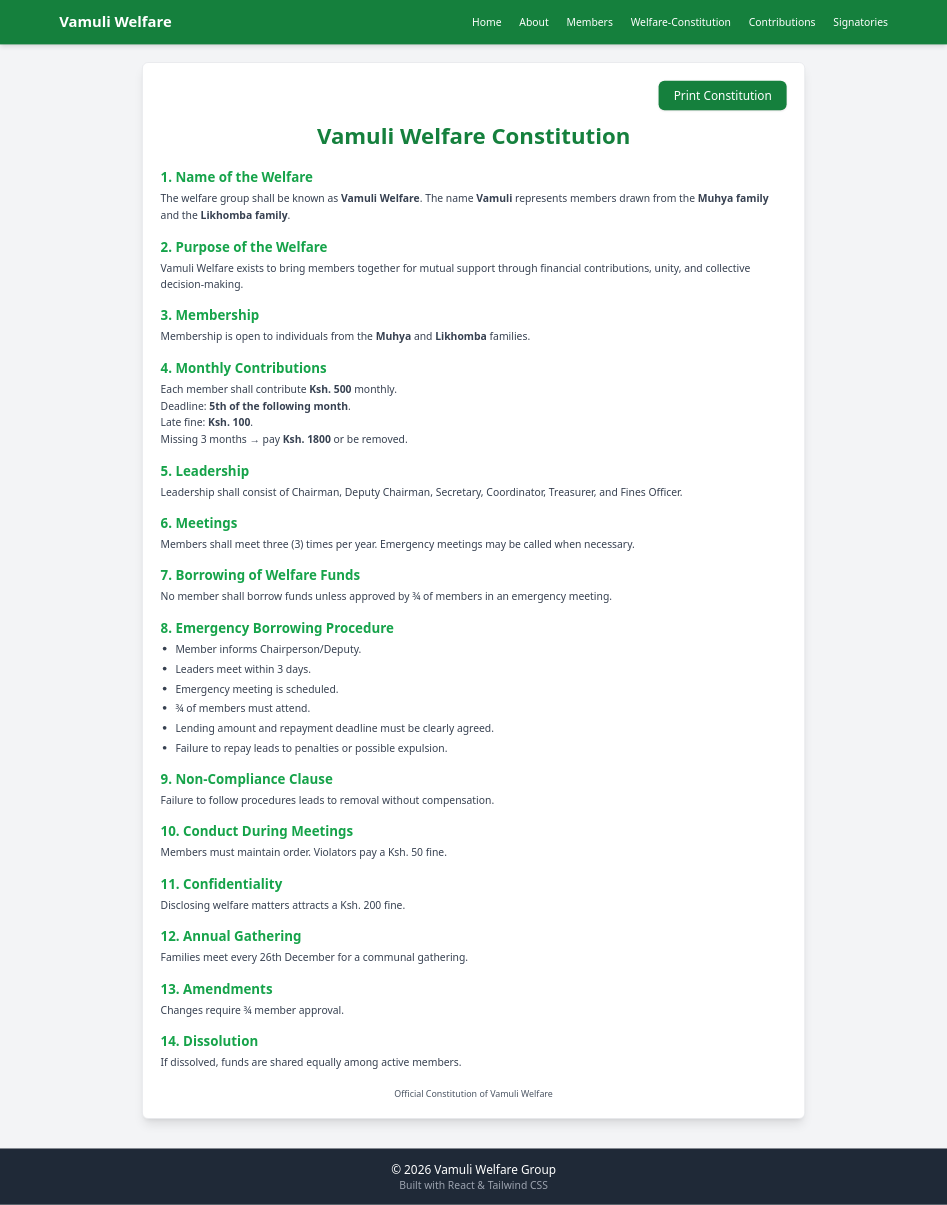
Repository: Engineer-collo/Vamuli-welfare
Page: /constitution
The author's editor kept a copy of each file at every save. The page is drawn from the files as they stood at one save, then again after a run of saves.
The browser window is 1280 px wide. The pictures show the whole page, at 74% of full size.
The project was rebuilt for these pictures with package versions that can differ from the ones it lists, and the page was loaded fresh each time. Also part of the build but not shown: vite.config.js, src/pages/contributionsData.js, src/pages/Home.jsx, src/pages/Members.jsx, src/pages/ContributionsTable.jsx, src/pages/About.jsx, src/pages/Signatories.jsx.

Above is the page before, as saved 2026-04-02 15:32:18.

### index.html
<!doctype html>
<html lang="en">
  <head>
    <meta charset="UTF-8" />
    <link rel="icon" type="image/svg+xml" href="/favicon.svg" />
    <meta name="viewport" content="width=device-width, initial-scale=1.0" />
    <title>vamuli-welfare</title>
  </head>
  <body>
    <div id="root"></div>
    <script type="module" src="/src/main.jsx"></script>
  </body>
</html>

### src/App.jsx
import { BrowserRouter as Router, Routes, Route } from "react-router-dom";

import Navbar from "./components/Navbar";
import Footer from "./components/Footer";

import Home from "./pages/Home";
import Members from "./pages/Members";
import ContributionsTable from "./pages/ContributionsTable";
import WelfareConstituion from "./pages/WelfareConstituion";
import About from "./pages/About";
import Signatories from "./pages/Signatories";

function App() {
  return (
    <Router>
      <div className="bg-gray-100 min-h-screen">

        <Navbar />

        <Routes>
          <Route path="/" element={<Home />} />
          <Route path="/members" element={<Members />} />
          <Route path="/contributions" element={<ContributionsTable />} />
          <Route path="/about" element={<About />} />
          <Route path="/constitution" element={<WelfareConstituion/>} />
          <Route path="/signatories" element={<Signatories/>} />


        </Routes>

        <Footer />

      </div>
    </Router>
  );
}

export default App;

### src/components/Navbar.jsx
import { Link } from "react-router-dom";
import { useState } from "react";

function Navbar() {
  const [menuOpen, setMenuOpen] = useState(false);

  return (
    <nav className="bg-green-700 text-white shadow-md">
      <div className="max-w-6xl mx-auto flex justify-between items-center p-4">

        {/* Logo */}
        <h1 className="text-xl font-bold">
          <Link to="/">Vamuli Welfare</Link>
        </h1>

        {/* Desktop Menu */}
        <ul className="hidden md:flex gap-6 text-sm">
          <li>
            <Link to="/" className="hover:text-gray-200">Home</Link>
          </li>

          <li>
            <Link to="/about" className="hover:text-gray-200">About</Link>
          </li>

          <li>
            <Link to="/members" className="hover:text-gray-200">Members</Link>
          </li>

          <li>
            <Link to="/constitution" className="hover:text-gray-200">
              Welfare-Constitution
            </Link>
          </li>

          <li>
            <Link to="/contributions" className="hover:text-gray-200">
              Contributions
            </Link>
          </li>

          <li>
            <Link to="/signatories" className="hover:text-gray-200">
              Signatories
            </Link>
          </li>

        </ul>

        {/* Mobile Menu Button */}
        <button
          className="md:hidden text-white text-2xl"
          onClick={() => setMenuOpen(!menuOpen)}
        >
          ☰
        </button>
      </div>

      {/* Mobile Menu */}
      {menuOpen && (
        <div className="md:hidden bg-green-600">
          <ul className="flex flex-col items-center gap-4 py-4 text-sm">

            <li>
              <Link to="/" onClick={() => setMenuOpen(false)}>
                Home
              </Link>
            </li>

            <li>
              <Link to="/about" onClick={() => setMenuOpen(false)}>
                About
              </Link>
            </li>

            <li>
              <Link to="/members" onClick={() => setMenuOpen(false)}>
                Members
              </Link>
            </li>

            <li>
              <Link to="/constitution" onClick={() => setMenuOpen(false)}>
                Welfare-Constitution
              </Link>
            </li>

            <li>
              <Link to="/contributions" onClick={() => setMenuOpen(false)}>
                Contributions
              </Link>
            </li>

            <li>
              <Link to="/signatories" onClick={() => setMenuOpen(false)}>
                Signatories
              </Link>
            </li>


          </ul>
        </div>
      )}
    </nav>
  );
}

export default Navbar;

### src/components/Footer.jsx
import React from "react";

function Footer() {
  return (
    <footer className="bg-gray-800 text-white mt-10">
      <div className="max-w-6xl mx-auto text-center p-4">
        <p>© 2026 Vamuli Welfare Group</p>
        <p className="text-sm text-gray-400">
          Built with React & Tailwind CSS
        </p>
      </div>
    </footer>
  );
}

export default Footer;

### src/pages/WelfareConstituion.jsx
import React from "react";

function Constitution() {
  const handlePrint = () => {
    window.print();
  };

  const sections = [
    {
      title: "Name of the Welfare",
      content: (
        <>
          The welfare group shall be known as{" "}
          <span className="font-semibold">Vamuli Welfare</span>. The name{" "}
          <span className="font-semibold">Vamuli</span> represents members drawn
          from the <span className="font-semibold">Muhya family</span> and the{" "}
          <span className="font-semibold">Likhomba family</span>.
        </>
      ),
    },
    {
      title: "Purpose of the Welfare",
      content:
        "Vamuli Welfare exists to bring members together for mutual support through financial contributions, unity, and collective decision-making.",
    },
    {
      title: "Membership",
      content: (
        <>
          Membership is open to individuals from the{" "}
          <span className="font-semibold">Muhya</span> and{" "}
          <span className="font-semibold">Likhomba</span> families.
        </>
      ),
    },
    {
      title: "Monthly Contributions",
      content: (
        <>
          Each member shall contribute{" "}
          <span className="font-semibold">Ksh. 500</span> monthly.
          <br />
          Deadline: <span className="font-semibold">5th of the following month</span>.
          <br />
          Late fine: <span className="font-semibold">Ksh. 100</span>.
          <br />
          Missing 3 months → pay{" "}
          <span className="font-semibold">Ksh. 1800</span> or be removed.
        </>
      ),
    },
    {
      title: "Leadership",
      content:
        "Leadership shall consist of Chairman, Deputy Chairman, Secretary, Coordinator, Treasurer, and Fines Officer.",
    },
    {
      title: "Meetings",
      content:
        "Members shall meet three (3) times per year. Emergency meetings may be called when necessary.",
    },
    {
      title: "Borrowing of Welfare Funds",
      content:
        "No member shall borrow funds unless approved by ¾ of members in an emergency meeting.",
    },
    {
      title: "Emergency Borrowing Procedure",
      content: (
        <>
          <ul className="list-disc ml-5 space-y-1">
            <li>Member informs Chairperson/Deputy.</li>
            <li>Leaders meet within 3 days.</li>
            <li>Emergency meeting is scheduled.</li>
            <li>¾ of members must attend.</li>
            <li>
              Lending amount and repayment deadline must be clearly agreed.
            </li>
            <li>
              Failure to repay leads to penalties or possible expulsion.
            </li>
          </ul>
        </>
      ),
    },
    {
      title: "Non-Compliance Clause",
      content:
        "Failure to follow procedures leads to removal without compensation.",
    },
    {
      title: "Conduct During Meetings",
      content:
        "Members must maintain order. Violators pay a Ksh. 50 fine.",
    },
    {
      title: "Confidentiality",
      content:
        "Disclosing welfare matters attracts a Ksh. 200 fine.",
    },
    {
      title: "Annual Gathering",
      content:
        "Families meet every 26th December for a communal gathering.",
    },
    {
      title: "Amendments",
      content: "Changes require ¾ member approval.",
    },
    {
      title: "Dissolution",
      content:
        "If dissolved, funds are shared equally among active members.",
    },
  ];

  return (
    <div className="max-w-4xl mx-auto mt-6 bg-white shadow-lg rounded-lg p-6 border
                    print:shadow-none print:border-none print:p-4 print:mt-0 print:max-w-full
                    print:text-sm print:leading-relaxed">

      {/* Print Button */}
      <div className="flex justify-end mb-4 print:hidden">
        <button
          onClick={handlePrint}
          className="bg-green-700 text-white px-5 py-2 rounded-lg shadow hover:bg-green-800"
        >
          Print Constitution
        </button>
      </div>

      <h1 className="text-3xl font-bold text-center text-green-700 mb-6 print:text-2xl">
        Vamuli Welfare Constitution
      </h1>

      {/* Sections */}
      {sections.map((section, i) => (
        <section key={i} className="mb-4 break-inside-avoid">
          <h2 className="text-lg font-semibold text-green-600 mb-1">
            {i + 1}. {section.title}
          </h2>
          <p className="text-gray-700 text-sm leading-relaxed">
            {section.content}
          </p>
        </section>
      ))}

      {/* Footer */}
      <p className="mt-6 text-xs text-gray-600 text-center">
        Official Constitution of Vamuli Welfare
      </p>

      {/* Print Styles */}
      <style>
        {`
          @media print {
            @page {
              size: A4;
              margin: 15mm;
            }

            body {
              -webkit-print-color-adjust: exact;
            }

            section {
              page-break-inside: avoid;
            }
          }
        `}
      </style>
    </div>
  );
}

export default Constitution;

### tailwind.config.js
/** @type {import('tailwindcss').Config} */
module.exports = {
  content: [
    "./index.html",
    "./src/**/*.{js,jsx}"
  ],
  theme: {
    extend: {},
  },
  plugins: [],
};

Loaded but not shown: src/main.jsx (common file); src/index.css (common file)

After the next 2 saves:
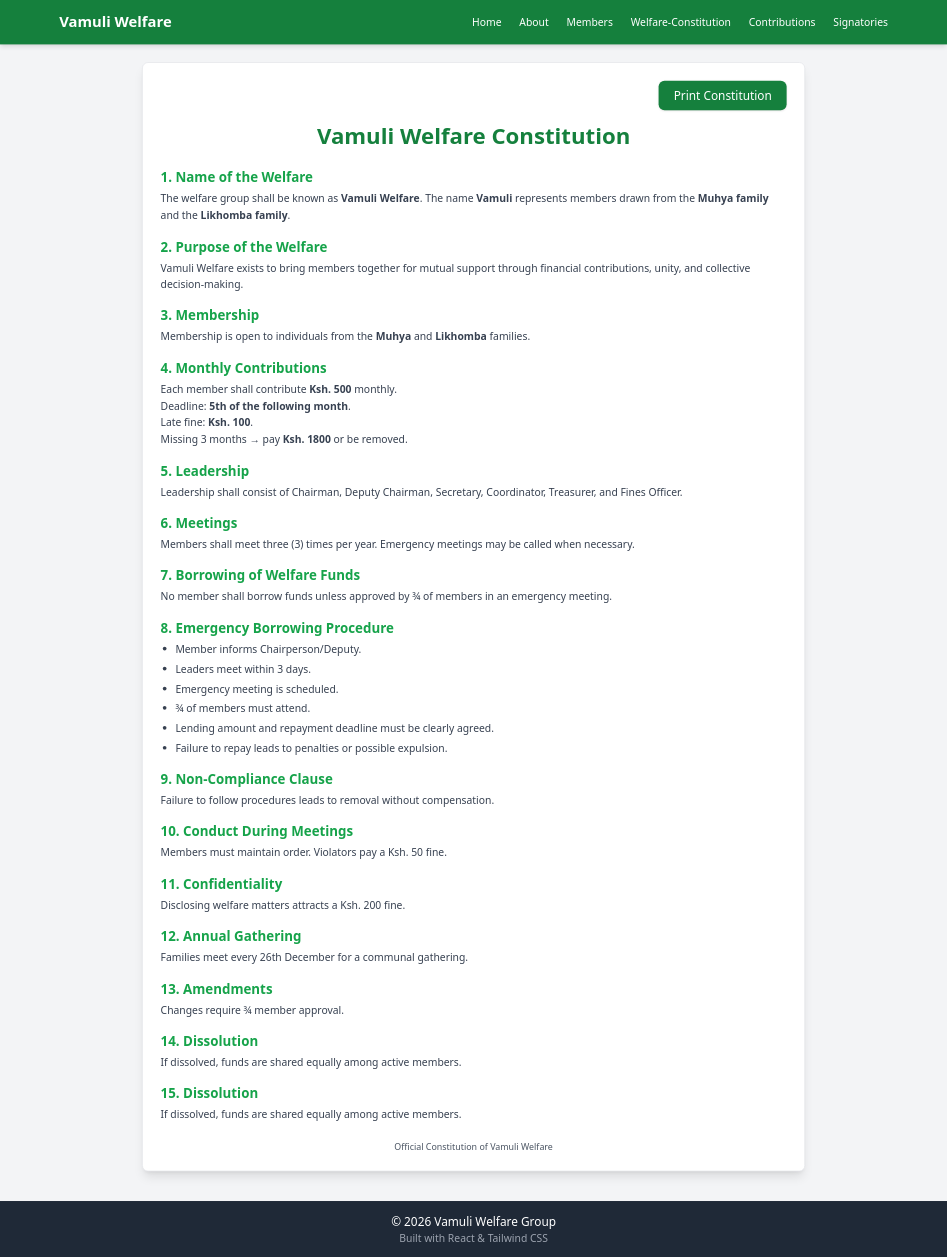
The 2 saves are shown as one change because they came seconds apart.
The last was saved 2 min 29 s later.
--- a/src/pages/WelfareConstituion.jsx
+++ b/src/pages/WelfareConstituion.jsx
@@ -112,6 +112,11 @@ function Constitution() {
       content:
         "If dissolved, funds are shared equally among active members.",
     },
+    {
+      title: "Dissolution",
+      content:
+        "If dissolved, funds are shared equally among active members.",
+    },
   ];
 
   return (
